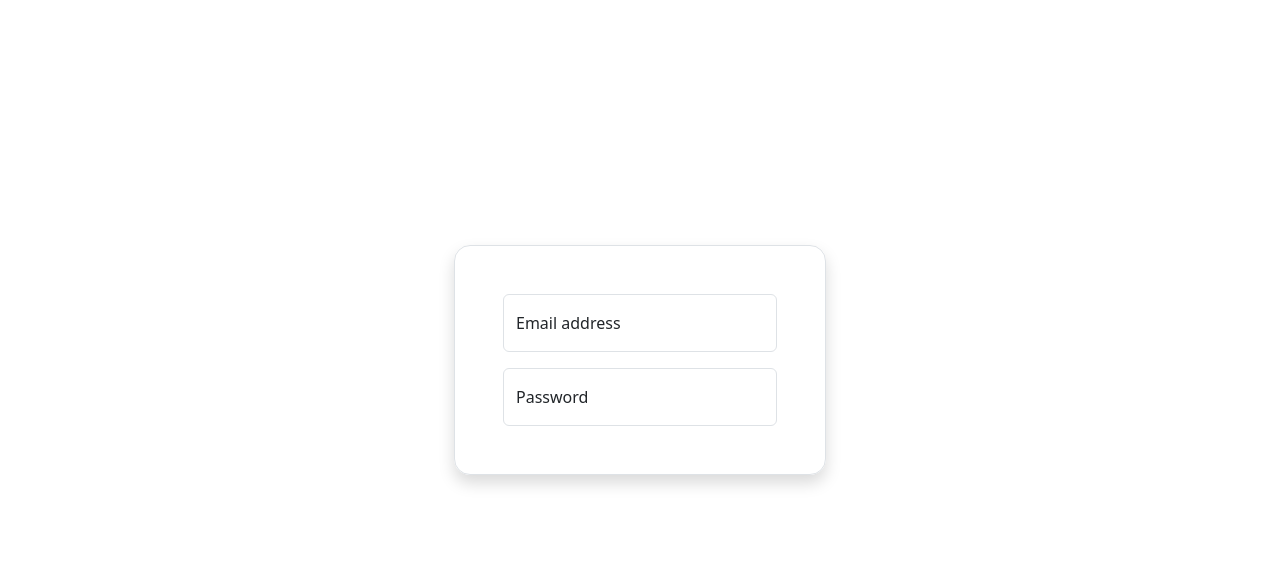
Repository: jaevoy2/lara_demo
Page: http://localhost/
An editor plug-in stored every save of this project. The page is shown before and after the next save, followed by the edit.
The browser window is 1280 px wide. The pictures show the whole page.
The page is served by the project's Laravel application, run on PHP 8.4 with Laravel 12.

Above is the page before, as saved 2026-07-06 22:52:22.

After the next save:
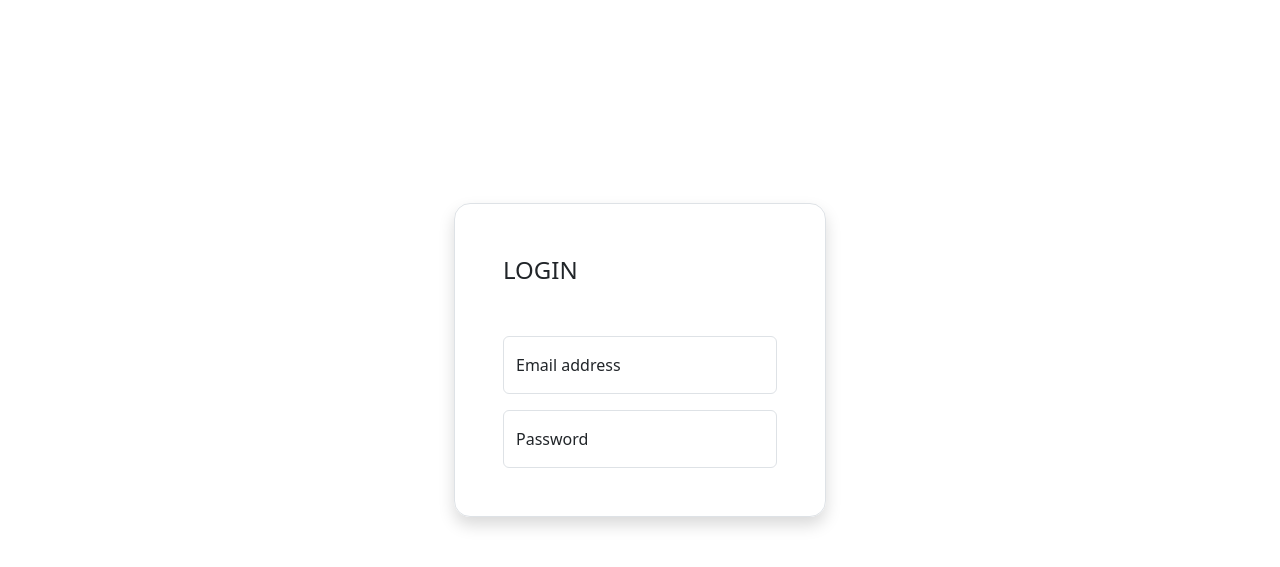
Saved 63 s later.
--- a/resources/views/login.blade.php
+++ b/resources/views/login.blade.php
@@ -3,6 +3,7 @@
 @section('content')
     <div class="container d-flex flex-column justify-content-center align-items-center vh-100">
         <div class="container d-flex flex-column justify-content-center col-4 p-5 border rounded shadow rounded-4">
+            <p class="mb-5 fs-4">LOGIN</p>
             <div class="form-floating mb-3">
                 <input type="email" class="form-control" id="floatingInput" placeholder="name@example.com">
                     <label for="floatingInput">Email address</label>
